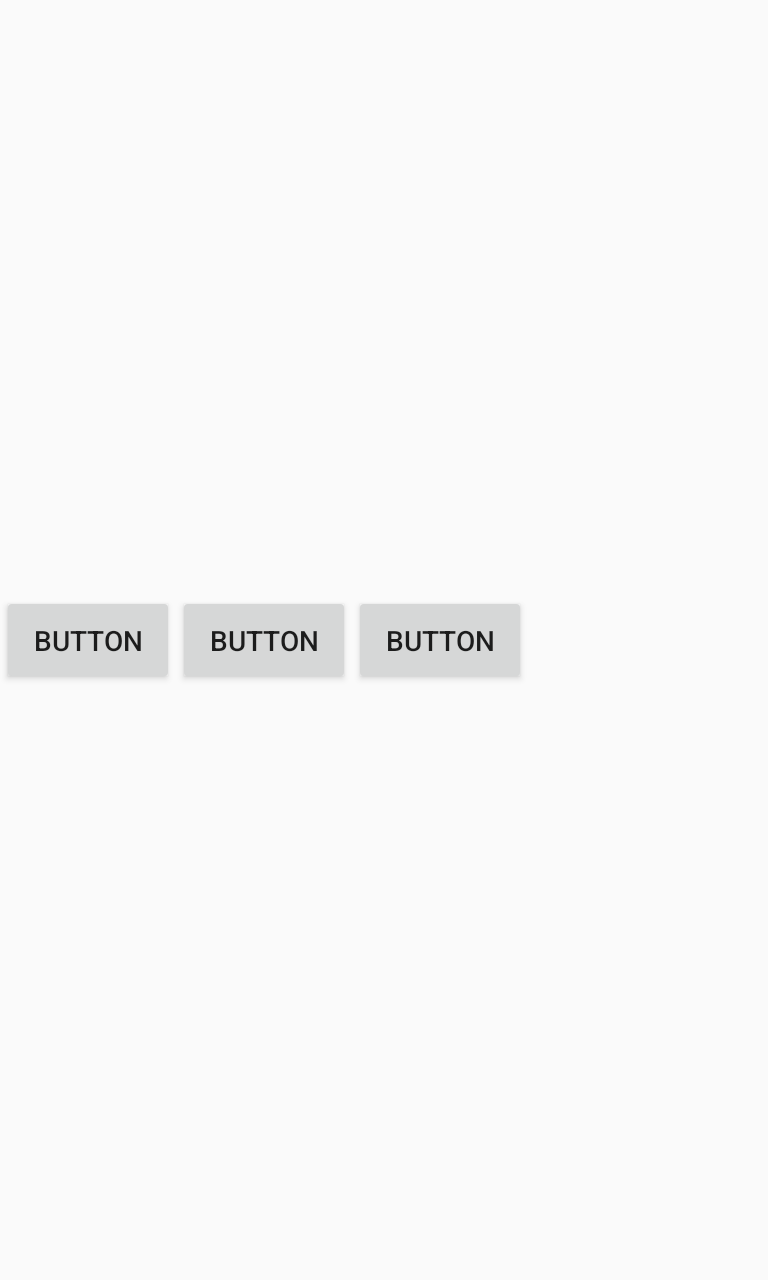
Repository: MarcSelles/BeatYourBucketAndroid
Layout: The_app/BeatYourBucket/res/layout/fragment_lists.xml
The author's editor kept a copy of each file at every save. The layout is drawn from the files as they stood at one save, then again after the next save.
It is drawn on a 768 x 1280 px phone screen (xhdpi) without system bars, with theme AppTheme; the app's code is not run.

Above is the layout before, as saved 2015-01-20 14:26:28.

After the next save:
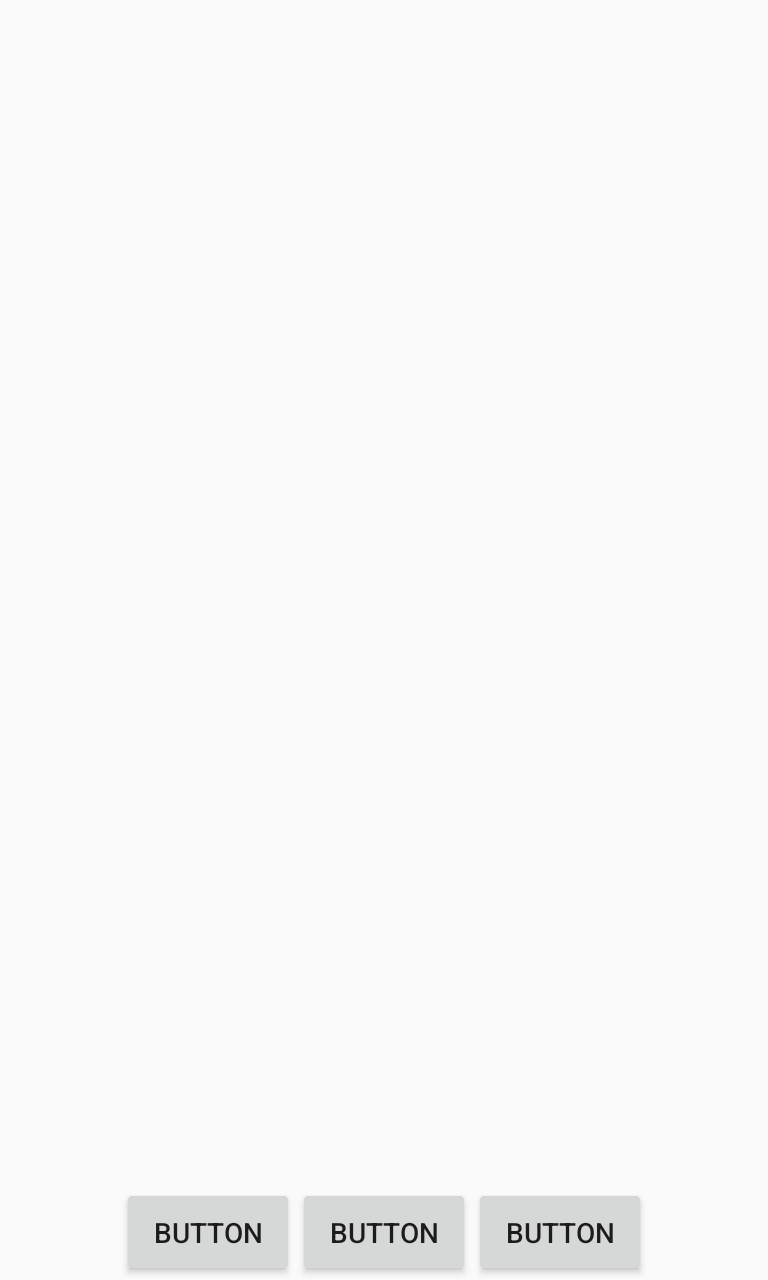
Saved 33 s later.
--- a/The_app/BeatYourBucket/res/layout/fragment_lists.xml
+++ b/The_app/BeatYourBucket/res/layout/fragment_lists.xml
@@ -8,8 +8,7 @@
         android:layout_width="match_parent"
         android:layout_height="wrap_content"
         android:layout_above="@+id/tabcontent2"
-        android:layout_alignParentTop="true"
-        android:gravity="top"
+        android:gravity="top|center"
         android:orientation="horizontal" >
 
 	    <Button
